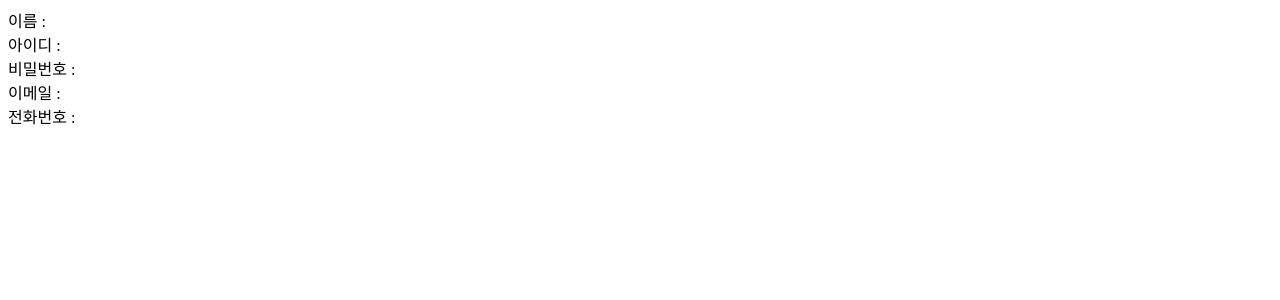
Repository: Seonhanbit/dev
Page: http://localhost/0920_Friday/viewMember.jsp
The author's editor kept a copy of each file at every save. The page is drawn from the files as they stood at one save, then again after the next save.
The browser window is 1280 px wide. The pictures show the whole page.
The page is served by Tomcat 9.

Above is the page before, as saved 2019-09-20 06:29:50.

After the next save:
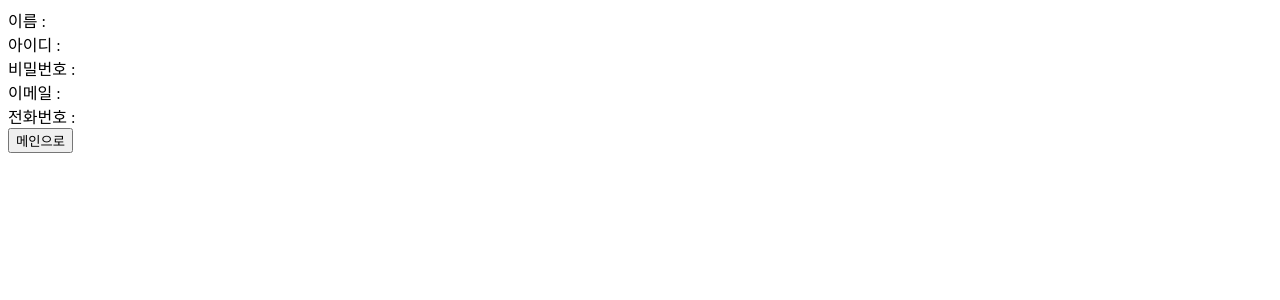
Saved 41 s later.
--- a/work_servlet_jsp/0920_Friday/WebContent/viewMember.jsp
+++ b/work_servlet_jsp/0920_Friday/WebContent/viewMember.jsp
@@ -12,7 +12,7 @@
 비밀번호 : ${member.pwd }<br>
 이메일 : ${member.email }<br>
 전화번호 : ${member.phone }<br>
-
+<input type="button" value="메인으로" onclick="location.href='member.do?action=main'">
 
 </body>
 </html>
